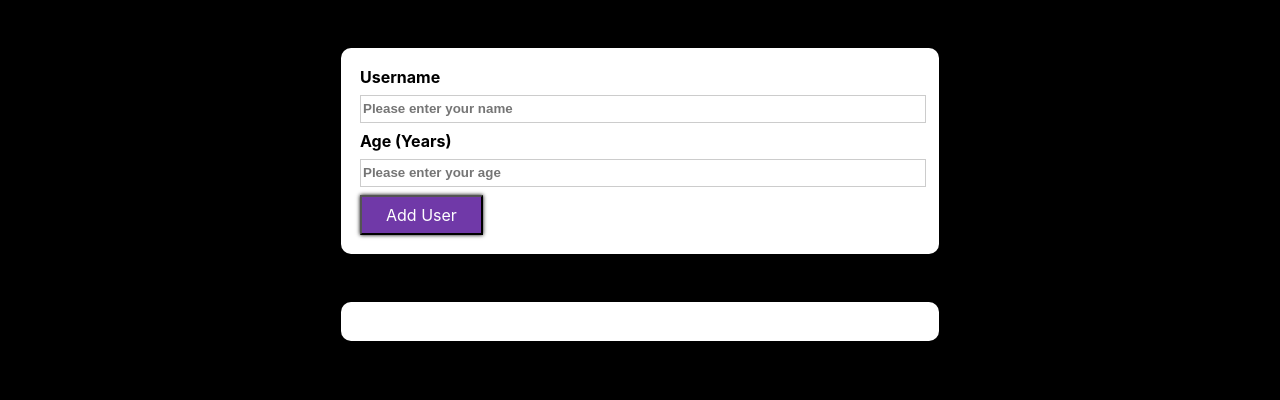
Repository: NamalPathirana/section-eight
Page: /
These files come from the project's save history. The page is drawn as it stood at one moment and after the next save; the edit follows.
The browser window is 1280 px wide. The pictures show the whole page.
The project was rebuilt for these pictures with package versions that can differ from the ones it lists, and the page was loaded fresh each time. Also part of the build but not shown: src/Components/UserListItem/UserListItem.module.css, src/Components/UserListItem/UserListItem.js.

Above is the page before, as saved 2021-11-26 06:18:15.

After the next save:
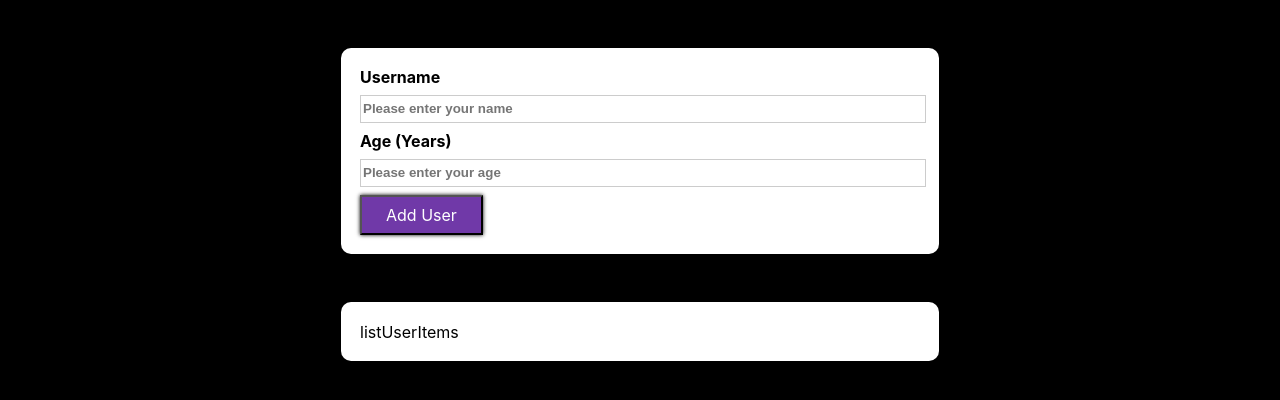
Saved 6 s later.
--- a/src/Components/UserList/UserList.js
+++ b/src/Components/UserList/UserList.js
@@ -16,7 +16,7 @@ const UserList = () => {
 
     return(
         <div className={styles.frame}>
-
+           listUserItems
         </div>
     );
 }
